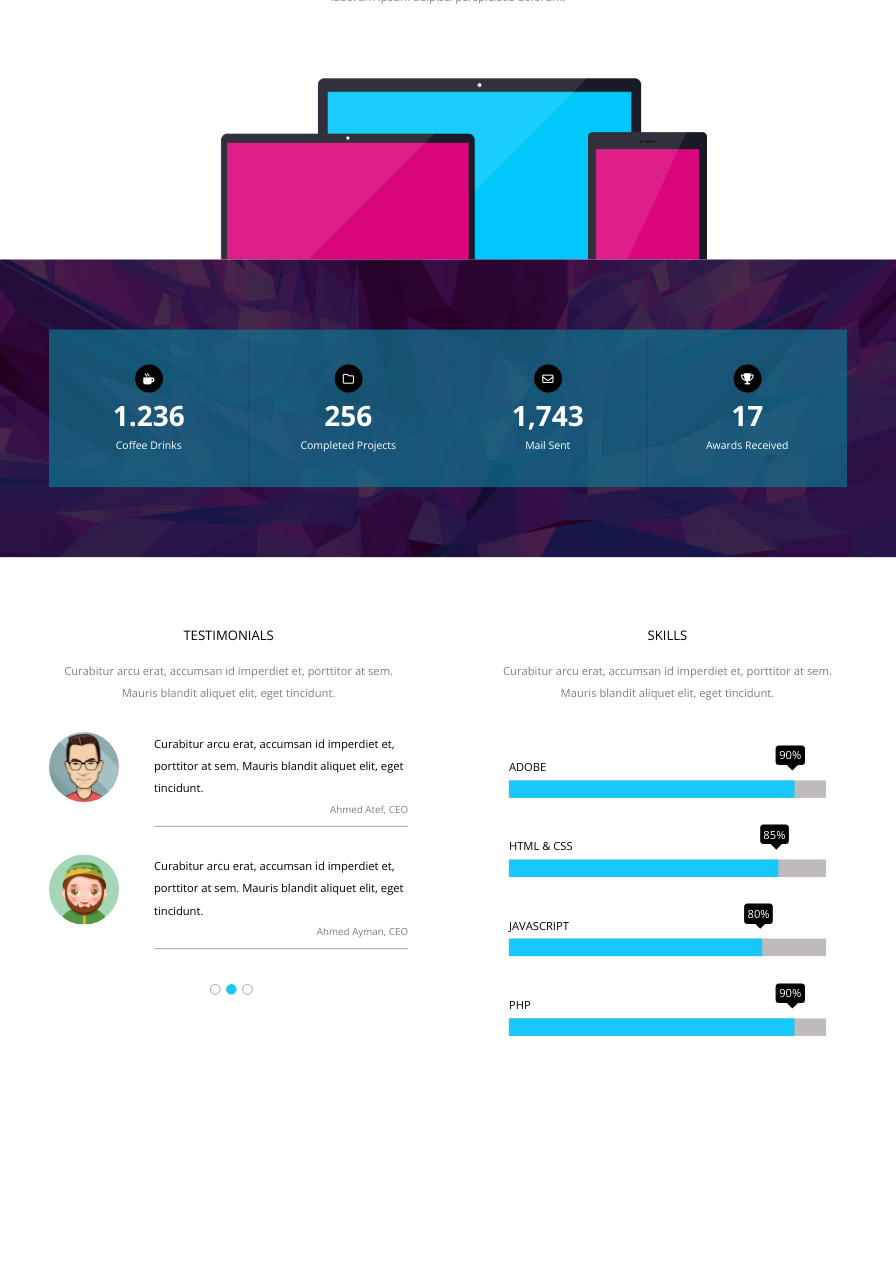
Repository: Ahmed123rezk123/Template_2
Page: index.html
These files come from the project's save history. The page is drawn as it stood at one moment and after the next save; the edit follows.
The browser window is 1280 px wide. The pictures show the part of the page from y = 4257 to 6177 px (the page is 6077 px tall before and 6177 px after), at 70% of full size.
A picture or video elsewhere on the page could not be fetched, so the positions and the page height are approximate. Some web fonts or font styles are not loaded; a fallback is used.

Above is the page before, as saved 2024-04-15 19:32:58.

After the next save:
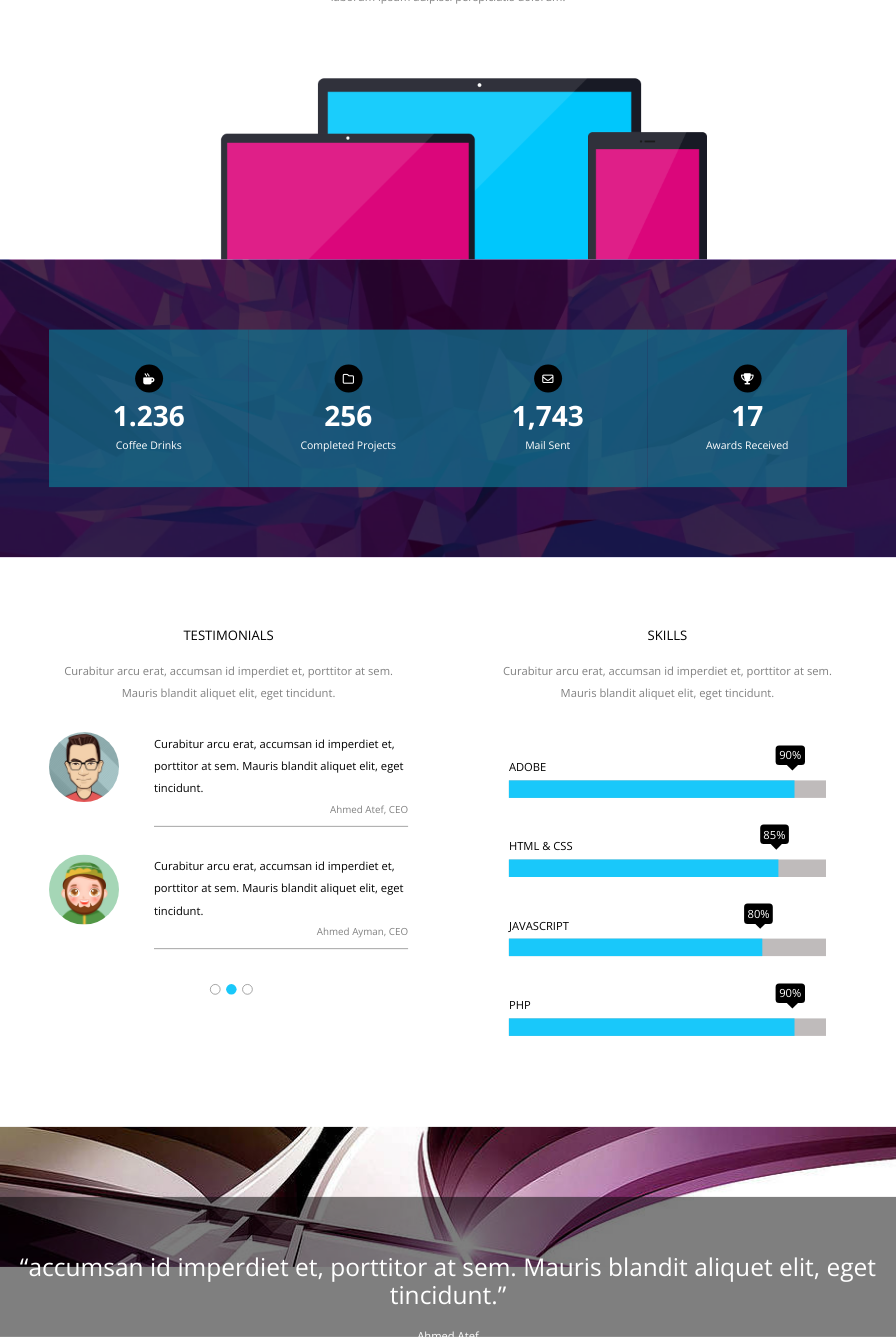
Saved 18 s later.
--- a/css/kasper.css
+++ b/css/kasper.css
@@ -794,6 +794,8 @@ margin-right: 50px;
 
 /* Start Quote */
 .quote {
+    padding-top: var(--section-padding);
+    padding-bottom: var(--section-padding);
 background-image: url(/images/quote.jpg);
 background-size: cover;
 position: relative;
